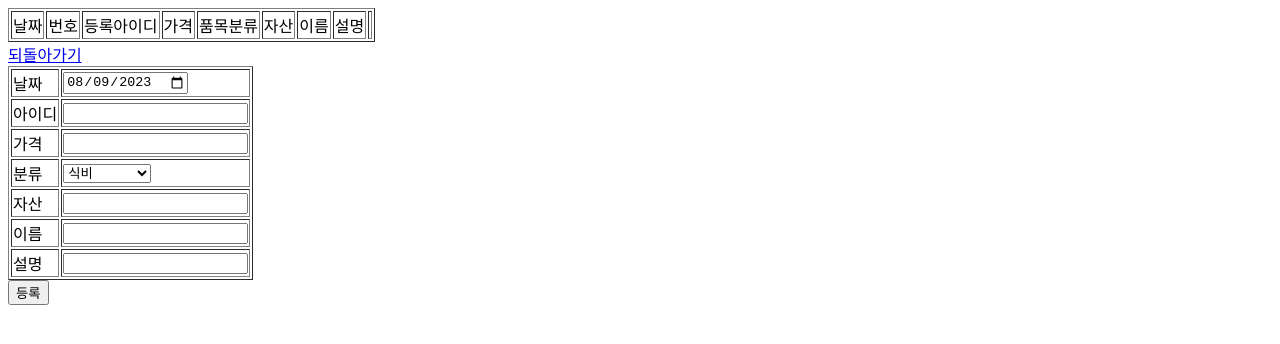
Repository: hdk8572/kh_MoneyManager
Page: http://localhost/Semi_backup/user/main
The author's editor kept a copy of each file at every save. The page is drawn from the files as they stood at one save, then again after the next save.
The browser window is 1280 px wide. The pictures show the whole page.
The page is served by Tomcat 9. Other server files are loaded and not shown. Queries for data that is not in the repository find no rows.

Above is the page before, as saved 2023-08-10 12:27:13.

### Semi_backup/src/main/webapp/WEB-INF/user/main.jsp
<%@ page language="java" contentType="text/html; charset=UTF-8"
    pageEncoding="UTF-8"%>
<%@taglib prefix="c" uri="http://java.sun.com/jsp/jstl/core" %>
<!DOCTYPE html>
<html>
<head>
<meta charset="UTF-8">
<title>Insert title here</title>
<script src="https://code.jquery.com/jquery-3.7.0.js"></script>
</head>
<body>
	<div id="wrap-list" >
		<table border="1">
			<tr>
				<td>날짜</td>
				<td>번호</td>
				<td>등록아이디</td>
				<td>가격</td>
				<td>품목분류</td>
				<td>자산</td>
				<td>이름</td>
				<td>설명</td>
				<td></td>
			</tr>
			<c:forEach items="${ulist}" var="ul">
			<tr>
				<td>${ul.insertDate}</td>
				<td>${ul.mno}</td>
				<td>${ul.mid}</td>
				<td>${ul.mprice}</td>
				<td>${ul.category}</td>
				<td>${ul.cashCard}</td>
				<td>${ul.mname}</td>
				<td>${ul.description}</td>
				<td>
				<button type="button">수정</button>
				<button type="button">삭제</button>
				</td>
			</tr>
			</c:forEach>
		</table>
	</div>
		<a href="${pageContext.request.contextPath}/">되돌아가기</a>
	<form id="frmInsert">
 		<table border="1">
			<tr>
				<td>날짜</td>
				<td><input type="date" name="insertDate" id="currentDate"></td>
			</tr>
<!-- 		<tr>
				<td>등록번호</td>
				<td><input type="text" name="mno"></td>
			</tr> -->
			<tr>
				<td>아이디</td>
				<td><input type="text" name="mid" ></td>
			</tr>
			<tr>
				<td>가격</td>
				<td><input type="text" name="mprice" ></td>
			</tr>
<!-- 			<tr>
				<td>분류</td>
				<td><input type="text" name="category" ></td>
			</tr> -->
			<tr>
				<td>분류</td>
				<td>
				<select>
				<option>식비</option>
				<option>교통/차량</option>
				<option>주거/통신비</option>
				<option>문화생활</option>
				<option>마트/편의점</option>
				<option>패션/미용</option>
				<option>생활용품</option>
				<option>건강</option>
				<option>교육</option>
				<option>경조사/회비</option>
				</select>
				</td>
			</tr>
			<tr>
				<td>자산</td>
				<td><input type="text" name="cashCard" ></td>
			</tr>
			<tr>
				<td>이름</td>
				<td><input type="text" name="mname" ></td>
			</tr>
			<tr>
				<td>설명</td>
				<td><input type="text" name="descripion"></td>
			</tr>
		</table>
		<button type="button" id="btn_Insert">등록</button>
	</form>
</body>
<script>
	document.getElementById('currentDate').value = new Date().toISOString().substring(0, 10);

  	$("#btn_Insert").click(insertListClickHandler);

	function insertListClickHandler() {
		var dataQuery = $("#frmInsert").serialize();
		console.log(dataQuery);
		$.ajax({
			url: "${pageContext.request.contextPath}/ajaxInsert"
			,type: "post"
			//,contentType:""
			,data: $("#frmInsert").serialize()

			,dataType:"json"
			,success: function(result){
				console.log("success:");
				console.log(result);
				displayList(result);
			}
			,error: function(){
				console.log("error:");
				console.log(result);
			}
		})
	}
	function displayList(data) {
		var htmlVal="";
		if(data==null || data.length == 0){
			alert("등록에 실패하였습니다. 다시 입력을시도해주세요.");
		} else {
			htmlVal+=`
				<table border="1">
			<tbody>
				<tr>
					<td>날짜</td>
					<td>번호</td>
					<td>등록아이디</td>
					<td>가격</td>
					<td>품목분류</td>
					<td>자산</td>
					<td>이름</td>
					<td>설명</td>
				</tr>
				`;
				for(var i=0;i<data.length;i++){
					var ul = data[i];
				htmlVal+=`
				<tr>
					<td>\${ul.insertDate}</td>
					<td>\${ul.mno}</td>
					<td>\${ul.mid}</td>
					<td>\${ul.mprice}</td>
					<td>\${ul.category}</td>
					<td>\${ul.cashCard}</td>
					<td>\${ul.mname}</td>
					<td>\${ul.description}</td>
				</tr>
				`;
				}
			htmlVal+=`
			</tbody>
				</table>
			`;
			$("#wrap-list").html(htmlVal);
			alert("등록에 성공");
			$("#frmInsert").value() = [];

	//$("#wrap-list table>tbody>tr:first-child:not").remove();
	//$("#wrap-list table>tbody").append(htmlVal);
		}
	}
</script>
</html>

### Semi_backup/src/main/java/semi/dk/user/controller/UserListController.java
package semi.dk.user.controller;

import java.io.IOException;
import java.util.List;

import javax.servlet.ServletException;
import javax.servlet.annotation.WebServlet;
import javax.servlet.http.HttpServlet;
import javax.servlet.http.HttpServletRequest;
import javax.servlet.http.HttpServletResponse;

import semi.dk.user.model.dao.UserDao;
import semi.dk.user.model.dto.UserDto;
import semi.dk.user.model.service.UserService;

/**
 * Servlet implementation class UserListController
 */
@WebServlet("/user/main")
public class UserListController extends HttpServlet {
	private static final long serialVersionUID = 1L;

	UserService service = new UserService();

    public UserListController() {
        super();
    }

	protected void doGet(HttpServletRequest request, HttpServletResponse response) throws ServletException, IOException {
		List<UserDto> ulist = service.selectList();
		request.setAttribute("ulist", ulist);

		request.getRequestDispatcher("/WEB-INF/user/main.jsp").forward(request, response);
	}

	protected void doPost(HttpServletRequest request, HttpServletResponse response) throws ServletException, IOException {
	}

}

### Semi_backup/src/main/java/semi/dk/user/model/dao/UserDao.java
package semi.dk.user.model.dao;

import static semi.dk.common.DkTemplate.*;

import java.sql.Connection;
import java.sql.PreparedStatement;
import java.sql.ResultSet;
import java.sql.SQLException;
import java.util.ArrayList;
import java.util.List;

import semi.dk.user.model.dto.UserDto;

public class UserDao {
	// 리스트 조회 (** List)
	public List<UserDto> selectList(Connection conn) {

		String query = "SELECT INSERT_DATE, MNO, MID, MPRICE, CATEGORY, CASHCARD, MNAME, DESCRIPTION FROM EX";

		List<UserDto> result = new ArrayList<UserDto>();
		PreparedStatement stmt = null;
		ResultSet rs = null;

		try {
			stmt = conn.prepareStatement(query);
			rs = stmt.executeQuery();

			while(rs.next()==true) {
				UserDto dto = new UserDto();
				dto.setInsertDate(rs.getString("INSERT_DATE"));
				dto.setMno(rs.getString("MNO"));
				dto.setMid(rs.getString("MID"));
				dto.setMprice(rs.getString("MPRICE"));
				dto.setCategory(rs.getString("CATEGORY"));
				dto.setCashCard(rs.getString("CASHCARD"));
				dto.setMname(rs.getString("MNAME"));
				dto.setDescription(rs.getString("DESCRIPTION"));

				result.add(dto);
			}
			System.out.println(result);

		} catch (SQLException e) {
			e.printStackTrace();
		} finally {
			close(rs);
			close(stmt);
		}
		return result;
	}
	// 리스트 추가 (** Insert)
	public int Insert(Connection conn, UserDto dto) {
		int result = 0;

		String query = "INSERT INTO EX VALUES (?, (SELECT COALESCE(MAX(mno), 0) + 1 FROM EX), ?, ?, ?, ?, ?, ?)";
		PreparedStatement stmt = null;

		try {
			stmt = conn.prepareStatement(query);

			stmt = conn.prepareStatement(query);
			stmt.setString(1, dto.getInsertDate());
			stmt.setString(2, dto.getMid());
			stmt.setString(3, dto.getMprice());
			stmt.setString(4, dto.getCategory());
			stmt.setString(5, dto.getCashCard());
			stmt.setString(6, dto.getMname());
			stmt.setString(7, dto.getDescription());

			result = stmt.executeUpdate();
		} catch (SQLException e) {
			e.printStackTrace();
		} finally {
			close(stmt);
		}
		return result;
	}
}

### Semi_backup/src/main/java/semi/dk/common/DkTemplate.java
package semi.dk.common;

import java.sql.Connection;
import java.sql.DriverManager;
import java.sql.ResultSet;
import java.sql.SQLException;
import java.sql.Statement;

public class DkTemplate {

	private static Connection conn = null;

	public static Connection getConnection() {
		try {
			Class.forName("oracle.jdbc.driver.OracleDriver");
			conn = DriverManager.getConnection("jdbc:oracle:thin:@127.0.0.1:1521:xe", "dk", "dk");

			if(conn!=null) {
				System.out.println("DB 연결 성공");
			} else {
				System.out.println("DB 연결 실패");
			}
		} catch (ClassNotFoundException e) {
			e.printStackTrace();
		} catch (SQLException e) {
			e.printStackTrace();
		}
		return conn;
	}

	public static void close(Connection conn) {
		try {
			if(conn!=null) conn.close();
		} catch (SQLException e) {
			e.printStackTrace();
		}
	}

	public static void close(Statement stmt) {
		try {
			if(stmt!=null)  stmt.close();
		} catch (SQLException e) {
			e.printStackTrace();
		}
	}

	public static void close(ResultSet rs) {
		try {
			if(rs!=null)  rs.close();
		} catch (SQLException e) {
			e.printStackTrace();
		}
	}

	public static void setAutoCommit(Connection conn, boolean autoCommit) {
		try {
			if(conn!=null) conn.setAutoCommit(autoCommit);
		} catch (SQLException e) {
			e.printStackTrace();
		}
	}


	public static void rollback(Connection conn) {
		try {
			if(conn!=null) conn.rollback();
		} catch (SQLException e) {
			e.printStackTrace();
		}
	}

	public static void commit(Connection conn) {
		try {
			if(conn!=null) conn.commit();
		} catch (SQLException e) {
			e.printStackTrace();
		}
	}
}

After the next save:
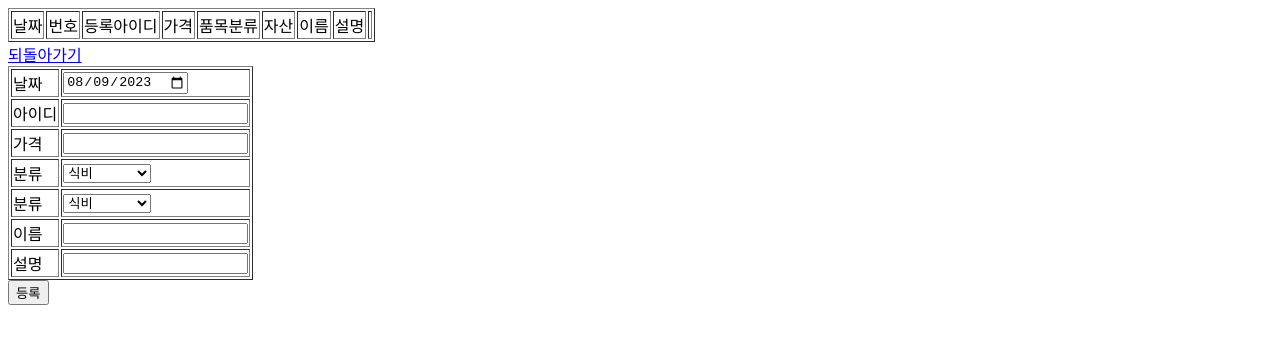
Saved 92 s later.
--- a/Semi_backup/src/main/webapp/WEB-INF/user/main.jsp
+++ b/Semi_backup/src/main/webapp/WEB-INF/user/main.jsp
@@ -80,9 +80,26 @@
 				</select>
 				</td>
 			</tr>
-			<tr>
+<!-- 			<tr>
 				<td>자산</td>
 				<td><input type="text" name="cashCard" ></td>
+			</tr> -->
+			<tr>
+				<td>분류</td>
+				<td>
+				<select>
+				<option>식비</option>
+				<option>교통/차량</option>
+				<option>주거/통신비</option>
+				<option>문화생활</option>
+				<option>마트/편의점</option>
+				<option>패션/미용</option>
+				<option>생활용품</option>
+				<option>건강</option>
+				<option>교육</option>
+				<option>경조사/회비</option>
+				</select>
+				</td>
 			</tr>
 			<tr>
 				<td>이름</td>
